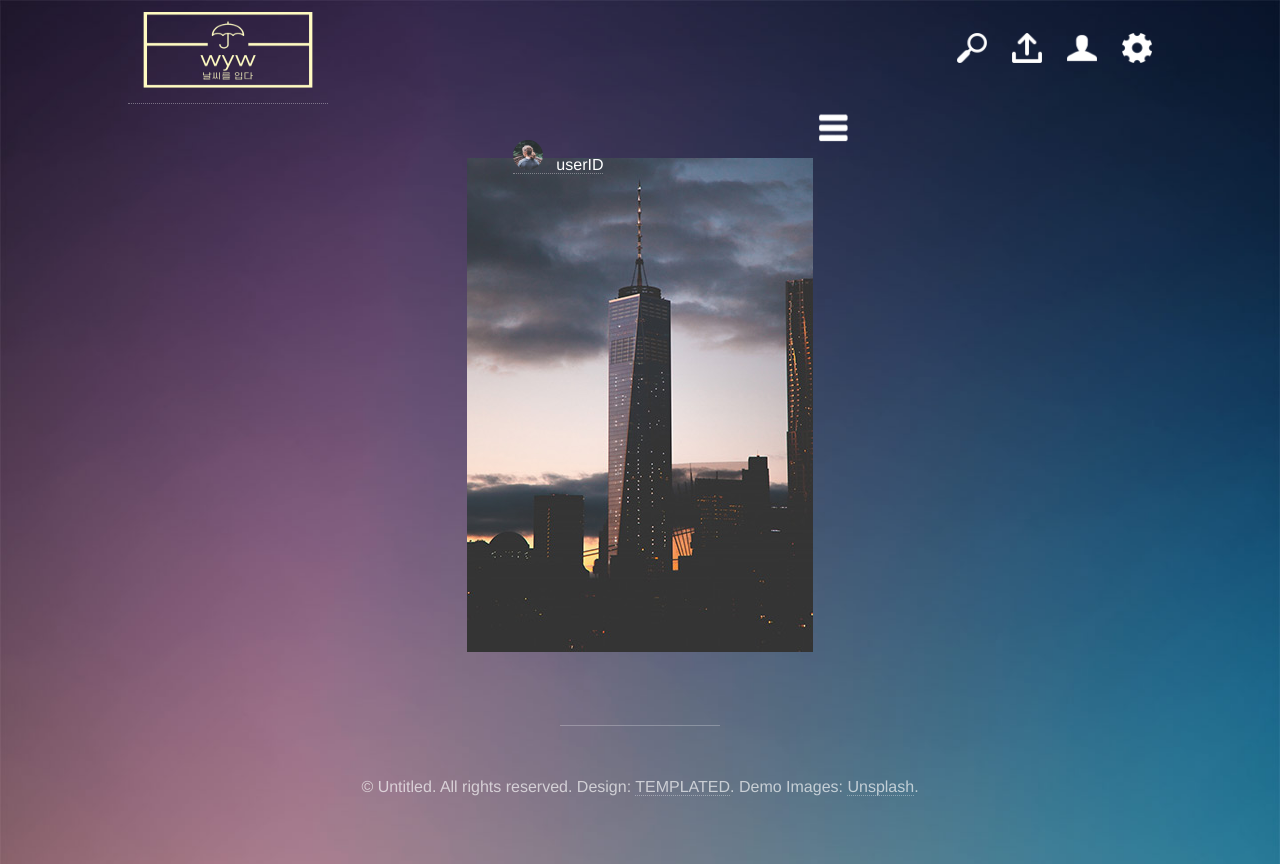
Repository: semo41105/WYW-Project
Page: http://localhost/WYW/StoryPage.jsp
An editor plug-in stored every save of this project. The page is shown before and after the next save, followed by the edit.
The browser window is 1280 px wide. The pictures show the whole page.
Some web fonts or font styles are not loaded; a fallback is used. The page is served by Tomcat 9. Nobody is signed in. The application's start-up code is not run.

Above is the page before, as saved 2021-03-08 14:44:00.

After the next save:
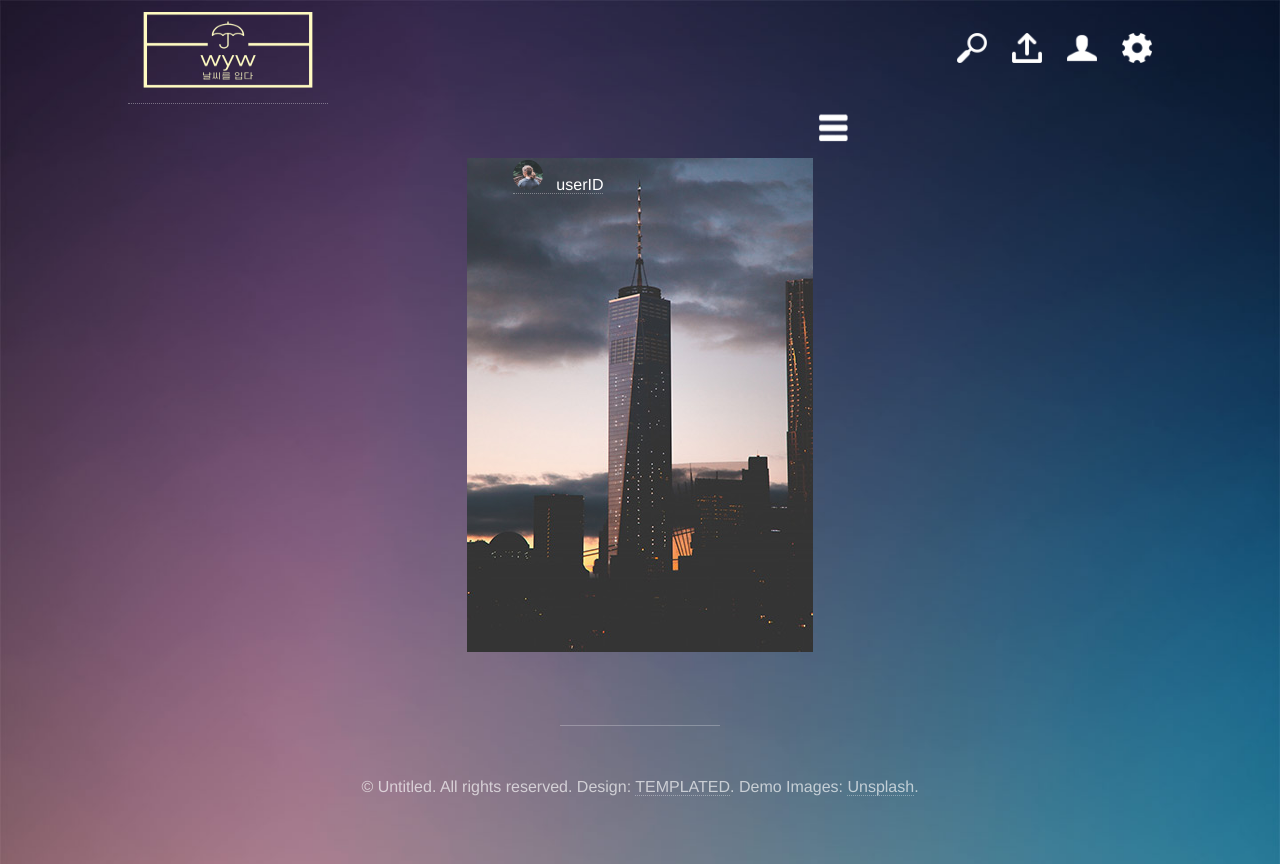
Saved 11 s later.
--- a/WYW/WebContent/StoryPage.jsp
+++ b/WYW/WebContent/StoryPage.jsp
@@ -93,7 +93,7 @@
 				<!-- Main -->
 					<section>
 							<div style="position: absolute;">
-								<div style="position: relative;top: 140px; left: 385px;">
+								<div style="position: relative;top: 160px; left: 385px;">
 									<a href="#">
 								    	<img class="avatacon" src="images/avatar.jpg">
 								    	<strong>&nbsp;&nbsp;userID</strong>
